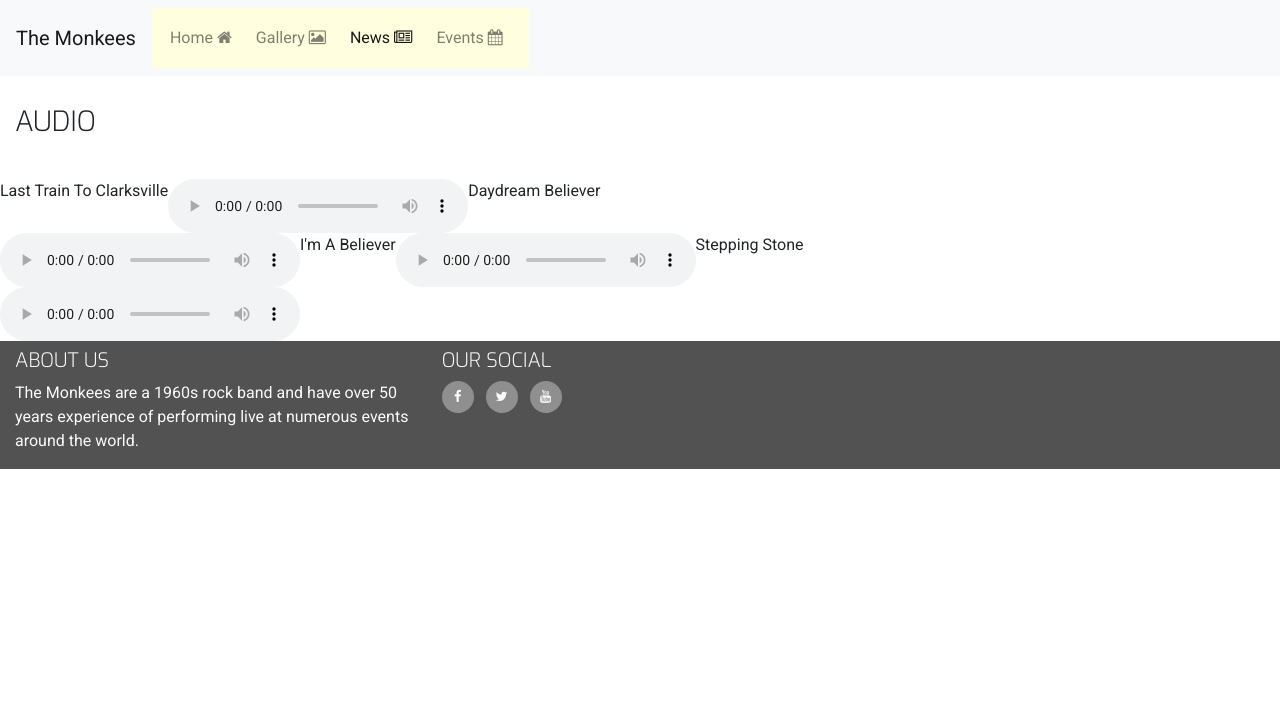
Repository: Code-Institute-Submissions/ucd-band
Page: news.html
The author's editor kept a record of every edit. The page is drawn from the files as they stood at one moment, then again after the next edit.
The browser window is 1280 px wide. The pictures show the whole page.

Above is the page before.

### news.html
<!DOCTYPE html>
<html>
    <head>
    <meta name="viewport" content="width=device-width, initial-scale=1">
    <!-- Display Title in the Browser Window -->
    <title>The Monkees - News Page</title>
    <!-- Load Style Sheets -->
    <link rel="stylesheet" href="https://maxcdn.bootstrapcdn.com/bootstrap/4.3.1/css/bootstrap.min.css" integrity="sha384-ggOyR0iXCbMQv3Xipma34MD+dH/1fQ784/j6cY/iJTQUOhcWr7x9JvoRxT2MZw1T" crossorigin="anonymous">
    <link rel="stylesheet" href="https://maxcdn.bootstrapcdn.com/font-awesome/4.7.0/css/font-awesome.min.css" type="text/css" />
    <link rel="stylesheet" href="assets/css/style.css" type="text/css" />

</head>
<body>
 <!-- Set Up Navigation -->
  <nav class="navbar navbar-light bg-light navbar-expand-sm fixed-top">

            <!-- Set Up Brand -->
            <a href="index.html" class="navbar-brand" title="The Monkees">The Monkees</a>

            <!-- Set Up Navbar Toggler -->
             <button class="navbar-toggler" type="button" data-toggle="collapse" data-target="#navbarSupportedContent" aria-controls="navbarSupportedContent" aria-expanded="false" aria-label="Toggle navigation">
    <span class="navbar-toggler-icon"></span>
  </button>

            <!-- Set Up Navbar Links -->
            <div class="collapse navbar-collapse" id="navbarSupportedContent">
            <!-- Set Up Navbar with Icons -->
                <ul class="navbar-nav mr-auto">

                    <li class="nav-item mr-2"><a class="nav-link" href="index.html">Home <i class="fa fa-home" aria-hidden="true"></i></a></li>
                    <li class="nav-item mr-2"><a class="nav-link" a href="gallery.html">Gallery <i class="fa fa-picture-o" aria-hidden="true"></i></a></li>
                    <li class="active nav-item mr-2"><a class="nav-link" a href="news.html">News <i class="fa fa-newspaper-o" aria-hidden="true"></i></a></li>
                    <li class="nav-item mr-2"><a class="nav-link" href="events.html">Events <i class="fa fa-calendar" aria-hidden="true"></i></a></li>
                </ul>
            </div>

 </nav>

    <section class="container-fluid">
            <div class="row">

                <div class="col-xs-12 col-sm-12 col-md-8 bg-color-audio section-column">
                    <div class="row">
                        <div class="col-sm-12">
                            <h3 class="section-heading uppercase">Audio</h3>
                        </div>

                        <!-- Display Audio -->
                        <p class="audio-description">Last Train To Clarksville</p>
                        <audio controls>
                            <source src="assets/audio/Clarksville.mp3" type="audio/mpeg">
                            Your browser does not support the audio tag
                        </audio>

                        <p class="audio-description">Daydream Believer</p>
                        <audio controls>
                            <source src="assets/audio/DaydreamBeliever.mp3" type="audio/mpeg">
                            Your browser does not support the audio tag
                        </audio>

                        <p class="audio-description">I'm A Believer</p>
                        <audio controls>
                            <source src="assets/audio/ImABeliever.mp3" type="audio/mpeg">
                            Your browser does not support the audio tag
                        </audio>

                        <p class="audio-description">Stepping Stone</p>
                        <audio controls>
                            <source src="assets/audio/SteppingStone.mp3" type="audio/mpeg">
                            Your browser does not support the audio tag
                        </audio>
                    </div>

                   </div>




            </div>
        </section>

    <!-- Provide footer details -->
    <footer class="container-fluid">
        <div class="row">
            <!-- Provide Information about The Monkees -->
            <div class="col-xs-12 col-sm-4 mt-2">
                <h5 class="uppercase general-sub">About Us</h5>
                <p class="inline-block">
                    The Monkees are a 1960s rock band and have over 50 years experience
                    of performing live at numerous events around the world.
                </p>
            </div>

            <!-- Provide Social Links (e.g. YouTube) -->
            <div class="col-xs-12 col-sm-8 mt-2">
                <h5 class="uppercase general-sub">Our Social</h5>
                <ul class="list-inline social-links">
                    <li class="list-inline-item"><a target="_blank" href="https://www.facebook.com/TheMonkees" title="Facebook"><i class="fa fa-facebook"></i></a></li>
                    <li class="list-inline-item"><a target="_blank" href="https://twitter.com/monkeesofficial" title="Twitter"><i class="fa fa-twitter"></i></a></li>
                    <li class="list-inline-item"><a target="_blank" href="https://www.youtube.com/user/themonkees" title="YouTube"><i class="fa fa-youtube"></i></a></li>
                </ul>

            </div>
        </div>
    </footer>
</body>
</html>

### assets/css/style.css
/* Import Font */


@import url('https://fonts.googleapis.com/css?family=Roboto:100,200,300,400,500,600,700|Exo:100,200,300,400,500,600,700');

/* Body */

body {

    font-family: "Roboto", Arial, Verdana, sans-serif;
    padding-top: 80px;

}

/* Navbar Styles */

.navbar-nav {

    background-color: lightyellow;

    padding: 10px;

}

.navbar {

    margin-bottom: 0;
    border: 0;
    width: 100%;

}

/* Special Padding/Margins/Text */

h1, h2, h3, h4 {
    margin: 0;
}

.uppercase {
    text-transform: uppercase;
}

.general-sub {
    font-family: "Exo", Arial, Verdana, sans-serif;
    font-weight: 300;
    color: #fafafa;
}

.inline-block {
    display: inline-block;
}

.row-table {
    display: table;
}

.section-heading {
    font-family: "Exo", Arial, Verdana, sans-serif;
    font-weight: 300;
    margin-top: 25px;
    margin-bottom: 40px;
}

/* Download PDF Styles */

.events-pdf {
    color: green;
    text-align: center;
    font-size: 18px;
    padding-left: 5px;
}

.events-pdf i:hover {
    color: purple;
    transition: all 0.35s ease-in-out;
    -moz-transition: all 0.35s ease-in-out;
    -webkit-transition: all 0.35s ease-in-out;
    -o-transition: all 0.35s ease-in-out;
}


/* Footer */

footer {
    background-color: #525252;
    color: #fafafa;
    min-height: 120px;
    margin: 0;
}



.social-links {
    padding-bottom: 15px;
}

.social-links li a i {
    width: 32px;
    height: 32px;
    padding: 12px 0px;
    border-radius: 50%;
    font-size: 13px;
    line-height: 7px;
    text-align: center;
    color: #fafafa;
    background: #8f8f8f;
    transition: all 0.35s ease-in-out;
    -moz-transition: all 0.35s ease-in-out;
    -webkit-transition: all 0.35s ease-in-out;
    -o-transition: all 0.35s ease-in-out;

}

.social-links li a i:hover {
    background: #e84610;

}



/* Welcome */

.welcome-item {
    margin-bottom: 20px;
    display: block;
    clear: both;
    padding: 8px;
}

.contents-item {
    font-family: "Roboto", Arial, Verdana, sans-serif;
    font-weight: 400;
}

/* News */

.news-item {
    margin-bottom: 20px;
    display: block;
    clear: both;
    padding: 6px;
}

.news-description {
    font-family: "Roboto", Arial, Verdana, sans-serif;
    font-weight: 400;
}

/* Audio */
.audio-description {
    font-family: "Roboto", Arial, Verdana, sans-serif;
    font-weight: 400;
}




/* Table Styles */

th {
    background-color: lightblue;
}


/* Gallery */
div .desc {
    padding: 15px;
    text-align: center;
}

div .gallery {
    border: 1px solid #676767;
}

div .gallery:hover {
    border: 1px solid #e84610;
}

div .gallery img {
    height: auto;
    width: 100%;
}

hr {
    border: 1px solid black;
}

img {
    display: block;
    margin: auto;
}

.responsive {
    padding: 4px 10px;
    float: left;
    width: 20%;
}

.img-clearfix:after {
    content: "";
    display: table;
    clear: both;
}

/* Media Queries */

@media only screen and (min-width: 501px) and (max-width: 700px) {
    .responsive {
        width: 50%;
        margin: 6px 0px;
    }
}

@media only screen and (max-width: 500px) {
    .responsive {
        width: 100%;
    }
}

After the next edit:
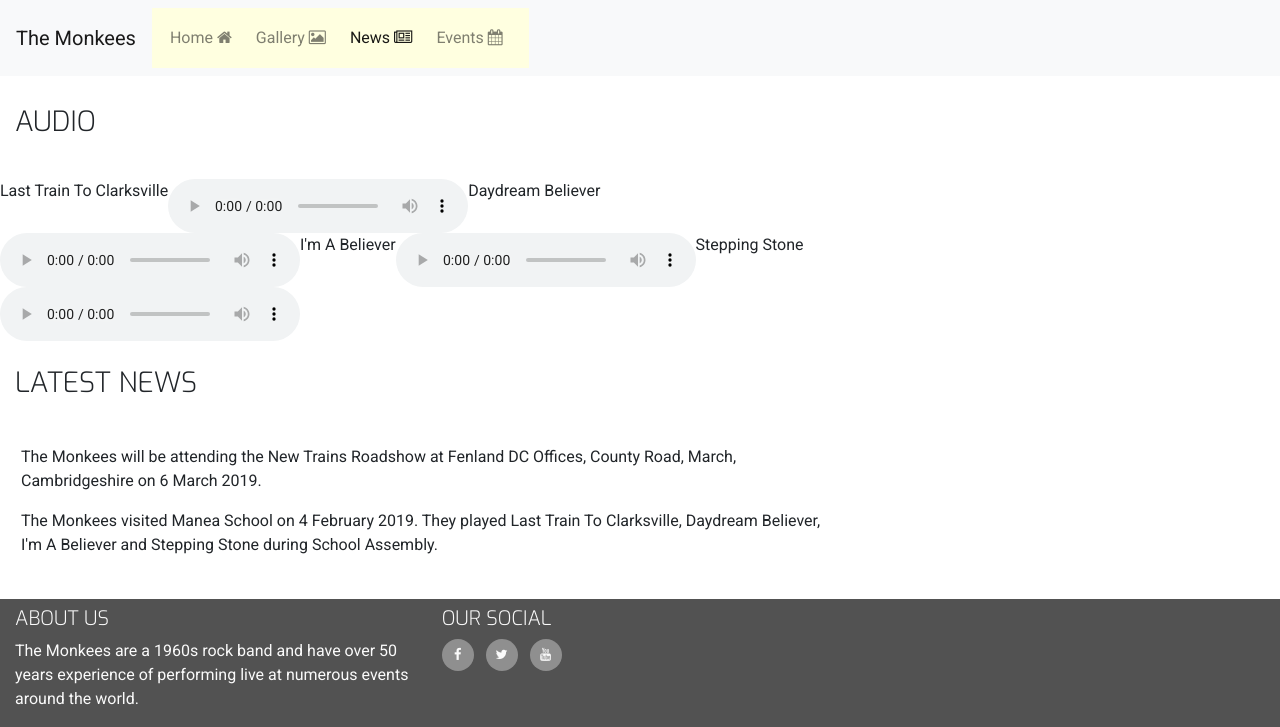
The edit:
--- a/news.html
+++ b/news.html
@@ -72,7 +72,21 @@
                     </div>
 
                    </div>
-
+                <div class="col-xs-12 col-sm-12 col-md-8">
+                    <div class="row">
+                        <div class="col-sm-12">
+                            <h3 class="section-heading uppercase">Latest News</h3>
+                        </div>
+                    </div>
+                    <!-- Set Up News Items -->
+                    <div class="news-item">
+                        <p class="news-description">The Monkees will be attending the New Trains Roadshow
+                        at Fenland DC Offices, County Road, March, Cambridgeshire
+                        on 6 March 2019.</p>
+                        <p class="news-description">The Monkees visited Manea School on 4 February 2019.
+                        They played Last Train To Clarksville, Daydream Believer, I'm A Believer and Stepping Stone during School Assembly.</p>
+                        </div>
+                    </div>
 
 
 
